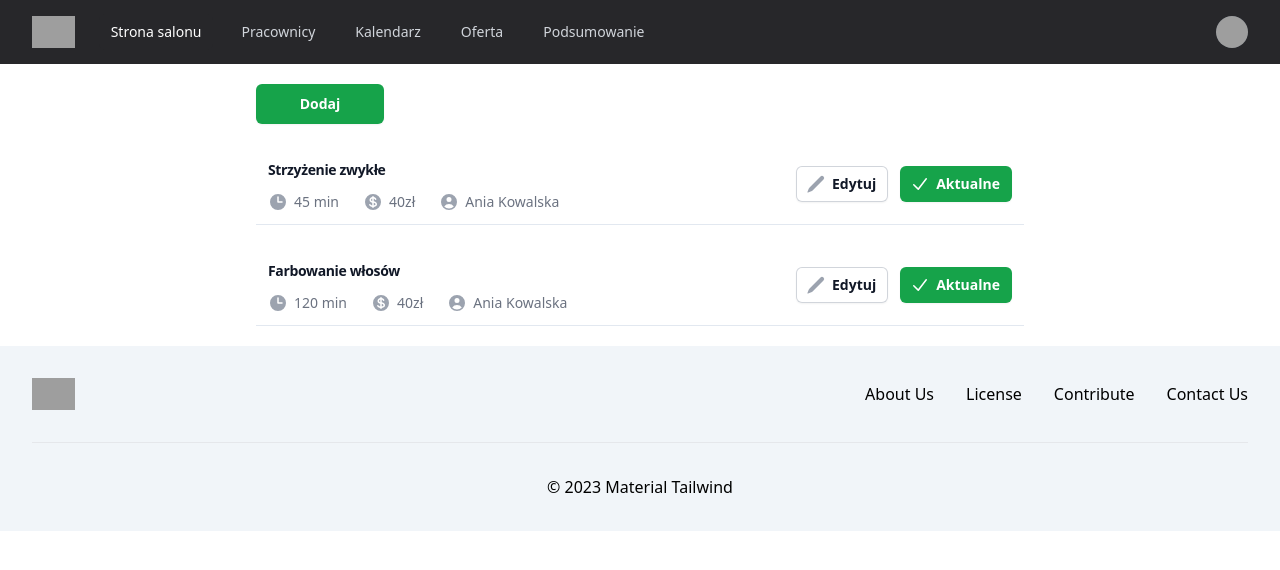
Repository: PrzemyslawJura/my-app
Page: /pracownicy (app in frontend/)
The author's editor kept a copy of each file at every save. The page is drawn from the files as they stood at one save, then again after the next save.
The browser window is 1280 px wide. The pictures show the whole page.
Pictures or frames that could not be fetched are drawn as grey boxes. The page's requests for data from a server got no answer. The project was rebuilt for these pictures with package versions that can differ from the ones it lists, and the page was loaded fresh each time. No one was signed in, and anything a server would have sent is missing. Also part of the build but not shown: frontend/src/components/Location.jsx, frontend/src/home/Feature.jsx, frontend/src/shared_np_buttony_inputy_kalendarze_itp/PaginationTile.jsx, frontend/src/home/Pagination.jsx, frontend/src/home/Listbox.jsx, frontend/src/home/StepOne.jsx, frontend/src/home/StepTwo.jsx, frontend/src/home/SalonOffer.jsx and 21 more.

Above is the page before, as saved 2023-11-24 12:33:28.

After the next save:
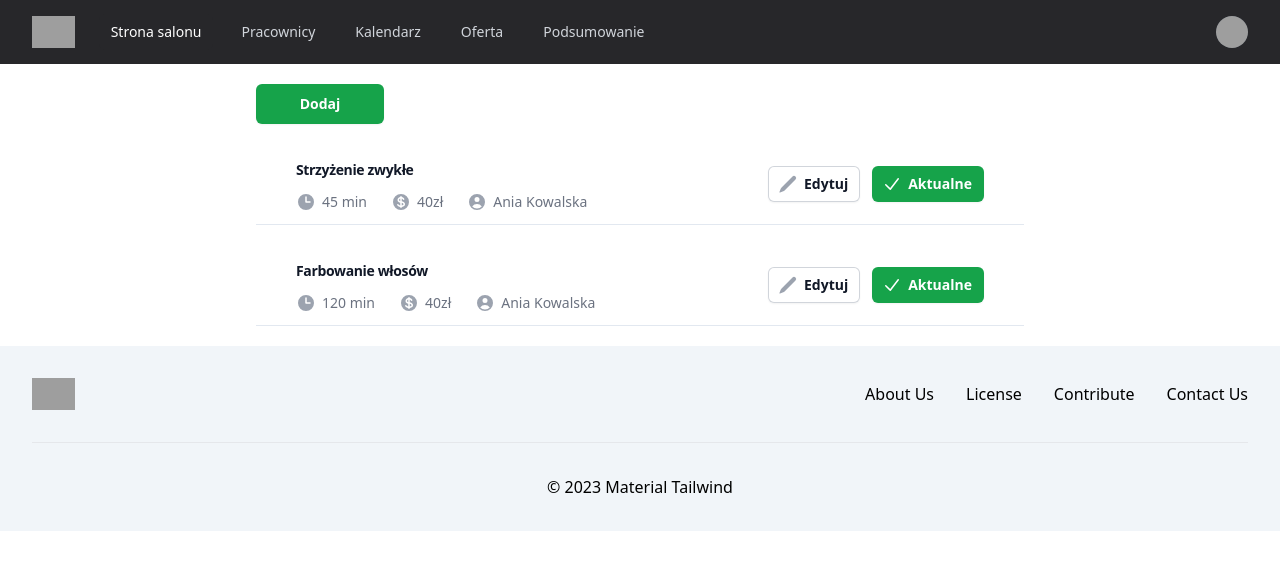
Saved 20 s later.
--- a/frontend/src/components/Service.jsx
+++ b/frontend/src/components/Service.jsx
@@ -25,7 +25,7 @@ export default function Service() {
   return (
     <div className=''>
     {services.map((service) => (
-    <div className="lg:flex lg:items-center lg:justify-between my-5 mx-auto p-3 border-slate-200 border-b">
+    <div className="lg:flex lg:items-center lg:justify-between my-5 px-10 mx-auto p-3 border-slate-200 border-b">
       <OneService service={service}/>
       <div className="mt-5 flex lg:ml-4 lg:mt-0">
         <span className="hidden sm:block">
